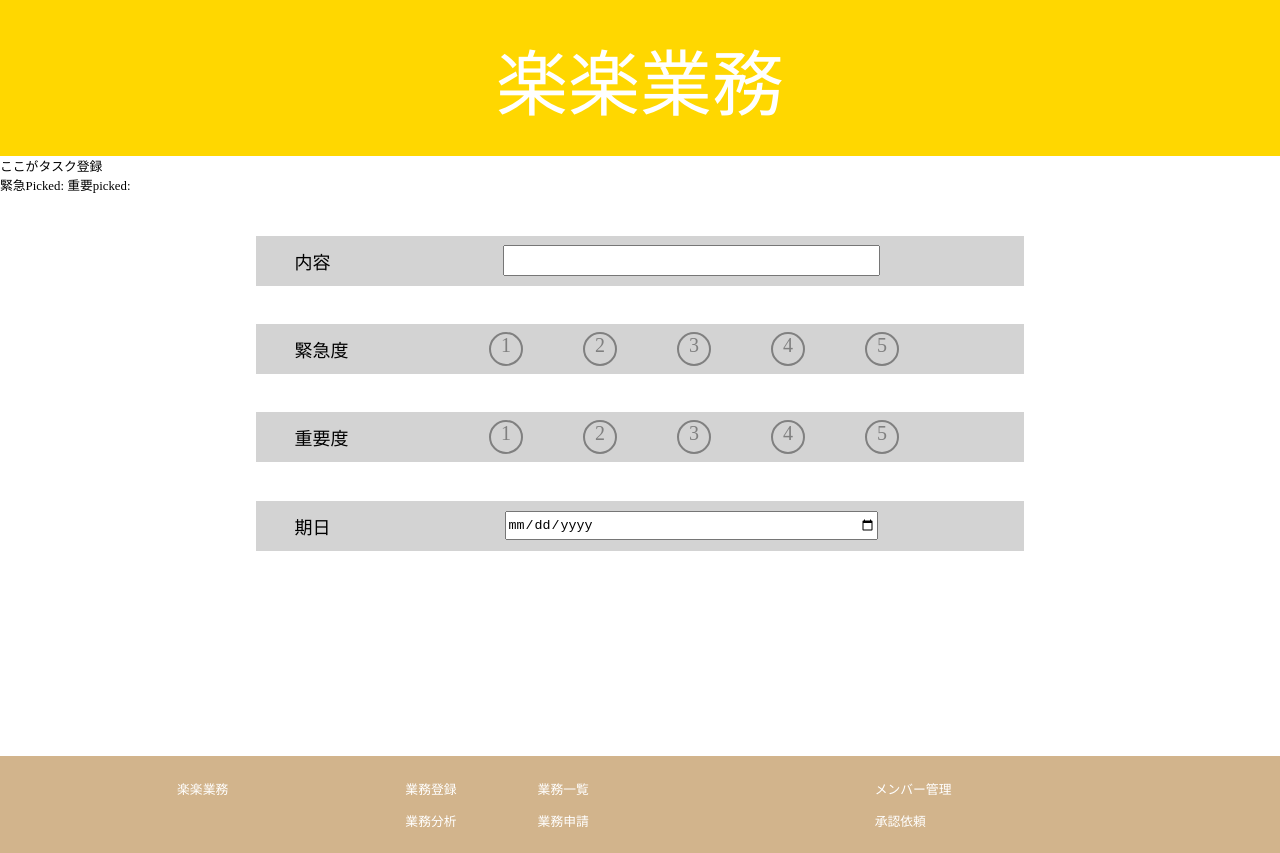
Repository: Reiya-1003/VueReplaceTask
Page: /#/register
An editor plug-in stored every save of this project. The page is shown before and after the next save, followed by the edit.
The browser window is 1280 px wide. The pictures show the whole page.
The project was rebuilt for these pictures with package versions that can differ from the ones it lists, and the page was loaded fresh each time. Also part of the build but not shown: vue.config.js, src/components/pages/PageHome.vue.

Above is the page before, as saved 2022-06-16 17:27:42.

### public/index.html
<!DOCTYPE html>
<html lang="">
  <head>
    <meta charset="utf-8">
    <meta http-equiv="X-UA-Compatible" content="IE=edge">
    <meta name="viewport" content="width=device-width,initial-scale=1.0">
    <link rel="icon" href="<%= BASE_URL %>favicon.ico">
    <link rel="stylesheet" href="style.css">
    <title><%= htmlWebpackPlugin.options.title %></title>
  </head>
  <body>
    <noscript>
      <strong>We're sorry but <%= htmlWebpackPlugin.options.title %> doesn't work properly without JavaScript enabled. Please enable it to continue.</strong>
    </noscript>
    <div id="app"></div>
    <!-- built files will be auto injected -->
  </body>
</html>

### src/main.js
import Vue from 'vue'
import App from './App.vue'
import router from './roter'

Vue.config.productionTip = false


new Vue({
  router,
  render: h => h(App),
}).$mount('#app')

### src/App.vue
<template>
  <div>
      <PageHeader />

        <!-- <PageHome /> -->
        <router-view />

      <PageFooter />
  </div>
</template>

<script>
import PageHeader from "./components/modules/PageHeader";
import PageFooter from "./components/modules/PageFooter";


export default {
  name: 'App',
  components: {
    PageHeader,
    PageFooter,


  },

}
</script>

<style>

</style>

### src/roter.js
import Vue from 'vue'
import VueRouter from 'vue-router'
import Home from '@/components/pages/PageHome.vue'
import Register from '@/components/pages/PageRegister.vue'
import Edit from '@/components/pages/PageEdit.vue'




Vue.use(VueRouter)

export default new VueRouter({
  // デフォルトの挙動では URL に `#` が含まれる.
  // URL から hash を取り除くには `mode:history` を指定する
  // mode: 'history',
  base: __dirname,

  routes: [
    {
      path: '/',
      name: 'home',
      component: Home
    },
    {
      path: '/register',
      name: 'register',
      component: Register
    },
    {
      path: '/edit',
      name: 'edit',
      component: Edit
    },



  ]

})

### src/components/modules/PageHeader.vue
<template>
  <header id="headerblock">

    <h1 id="title" ><router-link to="/" >楽楽業務</router-link></h1>


  </header>
</template>

<script>
export default {
  name: 'PageHeader',

}
</script>


<style lang="scss" type="text/css">
  #headerblock{
    height: 10%;
    width: 100%;
    background-color: #ffd700;
    h1{
      margin: 0;
      text-align: center;
      padding: 2%;
      color: white;
      font-size: 10vh;
      font-weight: normal;
      a{
      cursor: pointer;
      color: inherit;
      text-decoration: none;
    }
    }


  }
</style>

### src/components/modules/PageFooter.vue
<template>
  <div id="footblock">

    <div class="flexitem1">
      <p><router-link to="/" >楽楽業務</router-link></p>
    </div>
    <div class="flexitem2">
      <div>
        <!-- roter-linkになると思う -->
        <p><router-link to="/register">業務登録</router-link></p>
        <p>業務分析</p>
      </div>
      <div class="item">
        <p>業務一覧</p>
        <p>業務申請</p>
      </div>
    </div>
    <div class="flexitem3">
      <p>メンバー管理</p>
      <p>承認依頼</p>
    </div>


  </div>
</template>

<script>
export default {
  name: 'PageFooter',

}
</script>


<style lang="scss" type="text/css">
  #footblock{
    background-color: #d2b48c;
    color: white;
    display: flex;
    justify-content: space-around;

    .flexitem1{
      width: 100%;
      text-align: center;
      padding-top: 10px;
      padding-bottom: 10px;
      a{
      cursor: pointer;
      color: inherit;
      text-decoration: none;
      }
    }
    .flexitem2{
      width: 100%;
      display: flex;
      padding-top: 10px;
      padding-bottom: 10px;
      justify-content: flex-start;
      a{
      cursor: pointer;
      color: inherit;
      text-decoration: none;
      }
      .item{
        padding-left: 20%;
      }
    }
    .flexitem3{
      padding-top: 10px;
      padding-bottom: 10px;
      padding-left: 5%;
      width: 100%;
      a{
      cursor: pointer;
      color: inherit;
      text-decoration: none;
      }
    }
  }
</style>

### src/components/pages/PageRegister.vue
<template>
  <div style="height: 600px">
    <div>ここがタスク登録</div>
    <span>緊急Picked: {{ Urgencypicked}}</span>
    <span>重要picked: {{picked}}</span>

    <div class="listbox">
      <div class="listitem">
        <span class="itemtitle">内容</span
        ><span class="item"><input type="text" class="textinput" /></span>
      </div>
      <div class="listradioitem">
        <span class="itemtitle">緊急度</span>
        <span class="item">
          <input type="radio" id="one" value="one" name="Urgency" class="radioinput" v-model="Urgencypicked"/><label
            for="one"
            >1</label>
          <input type="radio" id="two" value="two" name="Urgency" class="radioinput" v-model="Urgencypicked"/><label
            for="two"
            >2</label>
            <input type="radio" id="three" value="three" name="Urgency" class="radioinput" v-model="Urgencypicked"/><label
            for="three"
            >3</label>
            <input type="radio" id="four" value="four" name="Urgency" class="radioinput" v-model="Urgencypicked"/><label
            for="four"
            >4</label>
            <input type="radio" id="five" value="five" name="Urgency" class="radioinput" v-model="Urgencypicked"/><label
            for="five"
            >5</label>

        </span>
      </div>
      <div class="listradioitem">
        <span class="itemtitle">重要度</span>
        <span class="item">
          <input type="radio" id="imone" value="one" name="importance" class="radioinput" v-model="picked"/><label
            for="imone"
            >1</label>
          <input type="radio" id="imtwo" value="two" name="importance" class="radioinput" v-model="picked"/><label
            for="imtwo"
            >2</label>
            <input type="radio" id="imthree" value="three" name="importance" class="radioinput" v-model="picked"/><label
            for="imthree"
            >3</label>
            <input type="radio" id="imfour" value="four" name="importance" class="radioinput" v-model="picked"/><label
            for="imfour"
            >4</label>
            <input type="radio" id="imfive" value="five" name="importance" class="radioinput" v-model="picked"/><label
            for="imfive"
            >5</label>

        </span>
      </div>
      <div class="listitem">
        <span class="itemtitle">期日</span
        ><span class="item"><input type="date" class="dateinput" /></span>
      </div>
    </div>
  </div>
</template>

<script>
export default {
  name: "PageRegister",
  data(){
    return{
      Urgencypicked:"",
      picked:""
    }
  }
};
</script>

<style lang="scss" type="text/css">
.listbox {
  margin: 3px auto;
  height: 400px;
  width: 60%;
  display: flex;
  flex-direction: column;
  .listitem{
    .item {
      width: 80%;
      display: flex;
      justify-content: center;
      margin-left: 5%;
      .textinput {
        width: 60%;
        height: 25px;
        margin-left: 5%;
      }
      .dateinput {
        width: 60%;
        height: 25px;
        margin-left: 5%;
      }

  }
  }

  .listradioitem {
    height: 50px;
    display: flex;
    align-items: center;
    margin-top: 5%;
    background-color: lightgray;
    text-align: center;
    .itemtitle {
      margin-left: 5%;
      font-size: large;
    }
    .item {
      width: 80%;
      display: flex;
      justify-content: center;
      margin-left: 5%;

      .radioinput{
        display: none;

      }


label:hover {
background-color: #E2EDF9; /* マウスオーバー時の背景色を指定する */
}
label {
    display: block;
    float: left;
    margin: 5px;
    width: 30px;
    height: 30px;
    text-align: center;
    color: gray;
    cursor: pointer;
    border: 2px solid;
    border-radius: 50%;
    font-size: 20px;
    margin-left: 30px;
    margin-right: 30px;

}
:checked + label {
  color: #ffffff;
}




    }
  }
}
</style>

### src/components/pages/PageEdit.vue
<template>
  <div style="height: 600px">
    <div>ここがタスク編集</div>
    <span>緊急Picked: {{ Urgencypicked}}</span>
    <span>重要picked: {{picked}}</span>

    <div class="listbox">
      <div class="listitem">
        <span class="itemtitle">内容  </span
        ><span class="item"><input type="text" class="textinput" /></span>
      </div>
      <div class="listitem">
        <span class="itemtitle">緊急度</span>
        <span class="item">
          <input type="radio" id="one" value="one" name="Urgency" class="radioinput" v-model="Urgencypicked"/><label
            for="one"
            >1</label>
          <input type="radio" id="two" value="two" name="Urgency" class="radioinput" v-model="Urgencypicked"/><label
            for="two"
            >2</label>
            <input type="radio" id="three" value="three" name="Urgency" class="radioinput" v-model="Urgencypicked"/><label
            for="three"
            >3</label>
            <input type="radio" id="four" value="four" name="Urgency" class="radioinput" v-model="Urgencypicked"/><label
            for="four"
            >4</label>
            <input type="radio" id="five" value="five" name="Urgency" class="radioinput" v-model="Urgencypicked"/><label
            for="five"
            >5</label>

        </span>
      </div>
      <div class="listitem">
        <span class="itemtitle">重要度</span>
        <span class="item">
          <input type="radio" id="imone" value="one" name="importance" class="radioinput" v-model="picked"/><label
            for="imone"
            >1</label>
          <input type="radio" id="imtwo" value="two" name="importance" class="radioinput" v-model="picked"/><label
            for="imtwo"
            >2</label>
            <input type="radio" id="imthree" value="three" name="importance" class="radioinput" v-model="picked"/><label
            for="imthree"
            >3</label>
            <input type="radio" id="imfour" value="four" name="importance" class="radioinput" v-model="picked"/><label
            for="imfour"
            >4</label>
            <input type="radio" id="imfive" value="five" name="importance" class="radioinput" v-model="picked"/><label
            for="imfive"
            >5</label>

        </span>
      </div>
      <div class="listitem">
        <span class="itemtitle">期日  </span
        ><span class="item"><input type="date" class="dateinput" /></span>
      </div>
    </div>
  </div>
</template>

<script>
export default {
  name: "PageEdit",
  data(){
    return{
      Urgencypicked:"",
      picked:""
    }
  }
};
</script>

<style lang="scss" type="text/css">
.listbox {
  margin: 3px auto;
  height: 400px;
  width: 60%;
  display: flex;
  flex-direction: column;

  .listitem {
    height: 50px;
    display: flex;
    align-items: center;
    margin-top: 5%;
    background-color: lightgray;
    text-align: center;
    .itemtitle {
      margin-left: 5%;
      font-size: large;
    }
    .item {
      width: 80%;
      display: flex;
      justify-content: center;
      margin-left: 5%;
      .textinput {
        width: 60%;
        height: 25px;
      }
      .dateinput {
        width: 60%;
        height: 25px;
      }
      .radioinput{
        display: none;

      }


label:hover {
background-color: #E2EDF9; /* マウスオーバー時の背景色を指定する */
}
label {
    display: block;
    float: left;
    margin: 5px;
    width: 30px;
    height: 30px;
    text-align: center;
    color: gray;
    cursor: pointer;
    border: 2px solid;
    border-radius: 50%;
    font-size: 20px;
    margin-left: 30px;
    margin-right: 30px;

}
:checked + label {
  color: #ffffff;
}




    }
  }
}
</style>

### public/style.css
body{
  margin: 0;
  font-size: 1vmax;
}

After the next save:
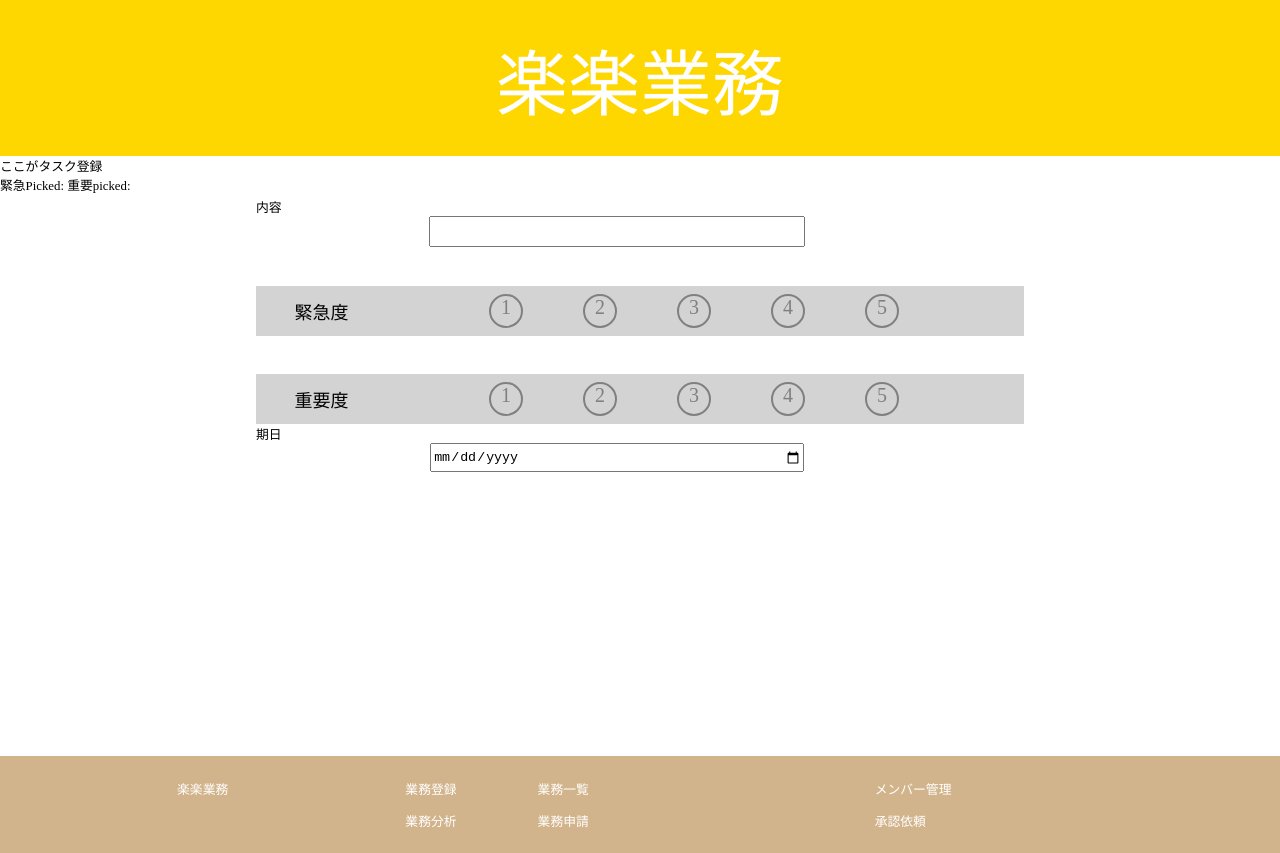
Saved 31 s later.
--- a/src/components/pages/PageEdit.vue
+++ b/src/components/pages/PageEdit.vue
@@ -6,7 +6,7 @@
 
     <div class="listbox">
       <div class="listitem">
-        <span class="itemtitle">内容  </span
+        <span class="itemtitle">内容</span
         ><span class="item"><input type="text" class="textinput" /></span>
       </div>
       <div class="listitem">
@@ -78,8 +78,27 @@
   width: 60%;
   display: flex;
   flex-direction: column;
+  .listitem{
+    .item {
+      width: 80%;
+      display: flex;
+      justify-content: center;
+      margin-left: 5%;
+      .textinput {
+        width: 60%;
+        height: 25px;
+        margin-left: 5%;
+      }
+      .dateinput {
+        width: 60%;
+        height: 25px;
+        margin-left: 5%;
+      }
 
-  .listitem {
+  }
+  }
+
+  .listradioitem {
     height: 50px;
     display: flex;
     align-items: center;
@@ -95,14 +114,7 @@
       display: flex;
       justify-content: center;
       margin-left: 5%;
-      .textinput {
-        width: 60%;
-        height: 25px;
-      }
-      .dateinput {
-        width: 60%;
-        height: 25px;
-      }
+
       .radioinput{
         display: none;
 

After the save that followed:
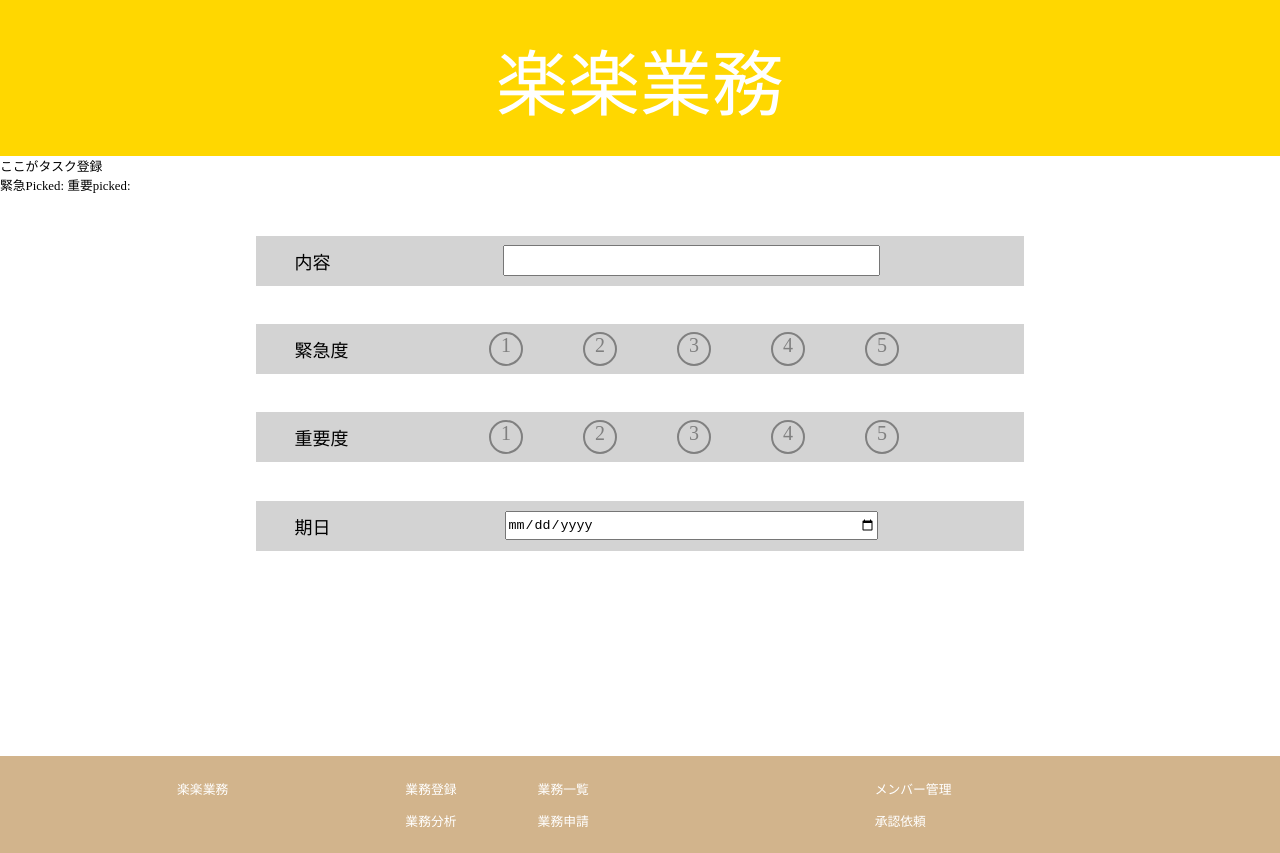
Saved 12 s later.
--- a/src/components/pages/PageEdit.vue
+++ b/src/components/pages/PageEdit.vue
@@ -78,27 +78,8 @@
   width: 60%;
   display: flex;
   flex-direction: column;
-  .listitem{
-    .item {
-      width: 80%;
-      display: flex;
-      justify-content: center;
-      margin-left: 5%;
-      .textinput {
-        width: 60%;
-        height: 25px;
-        margin-left: 5%;
-      }
-      .dateinput {
-        width: 60%;
-        height: 25px;
-        margin-left: 5%;
-      }
 
-  }
-  }
-
-  .listradioitem {
+  .listitem {
     height: 50px;
     display: flex;
     align-items: center;
@@ -114,7 +95,14 @@
       display: flex;
       justify-content: center;
       margin-left: 5%;
-
+      .textinput {
+        width: 60%;
+        height: 25px;
+      }
+      .dateinput {
+        width: 60%;
+        height: 25px;
+      }
       .radioinput{
         display: none;
 
